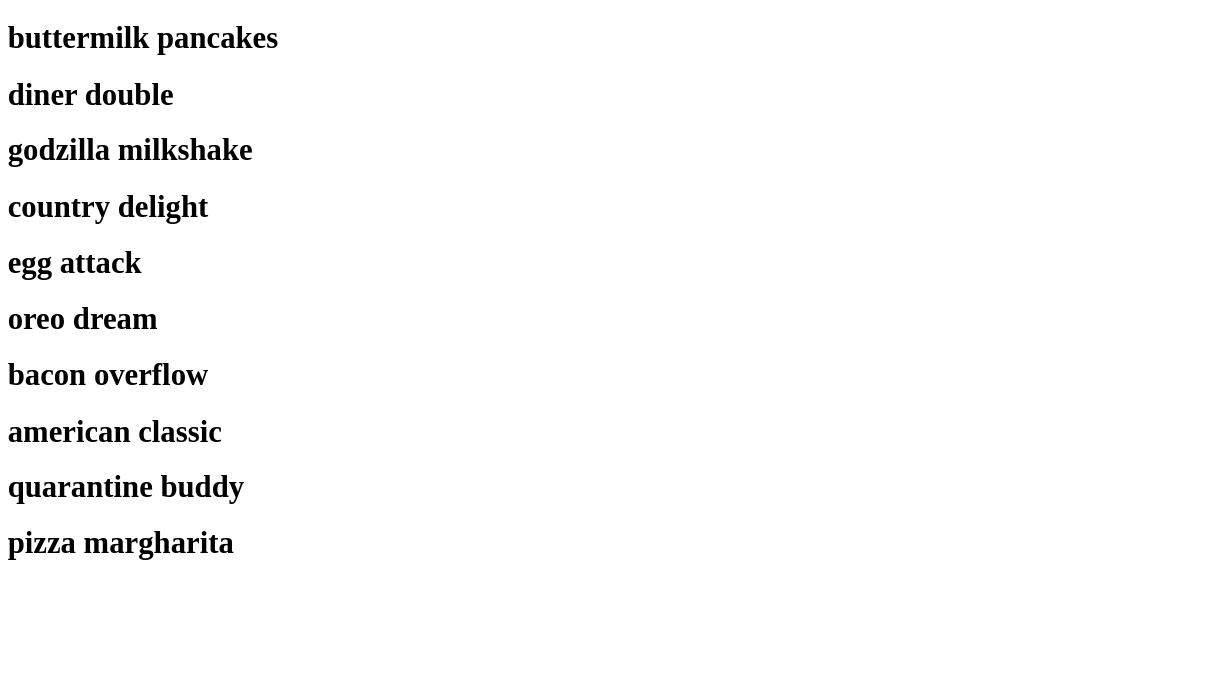
Repository: gligor99/menu-ts-react
Page: /
The author's editor kept a copy of each file at every save. The page is drawn from the files as they stood at one save, then again after a run of saves.
The browser window is 1280 px wide. The pictures show the whole page, at 96% of full size.
The project was rebuilt for these pictures with package versions that can differ from the ones it lists, and the page was loaded fresh each time.

Above is the page before, as saved 2021-11-24 22:43:29.

### src/App.tsx
import { useState } from "react";
import Menu from "./components/Menu";
import items from "./data";

export type ItemsProps = {
  id: number;
  title: string;
  category: string;
  price: number;
  img: string;
  desc: string;
};

function App() {
  const [menuItems, setMenuItems] = useState<ItemsProps[]>(items);

  return (
    <div className="App">
      <Menu items={menuItems} />
    </div>
  );
}

export default App;

### src/components/Menu.tsx
import { ItemsProps } from "../App"

type Props = {
    items: ItemsProps[];
}

const Menu: React.FC<Props> = ({items}) => {
    console.log(items);

    return (
        <div>
            {items.map((item) => {
              return  <h1>{item.title}</h1>
            })}
        </div>
    )
}

export default Menu

### src/data.ts
const menu = [
    {
      id: 1,
      title: 'buttermilk pancakes',
      category: 'breakfast',
      price: 15.99,
      img: './images/item-1.jpeg',
      desc: `I'm baby woke mlkshk wolf bitters live-edge blue bottle, hammock freegan copper mug whatever cold-pressed `,
    },
    {
      id: 2,
      title: 'diner double',
      category: 'lunch',
      price: 13.99,
      img: './images/item-2.jpeg',
      desc: `vaporware iPhone mumblecore selvage raw denim slow-carb leggings gochujang helvetica man braid jianbing. Marfa thundercats `,
    },
    {
      id: 3,
      title: 'godzilla milkshake',
      category: 'shakes',
      price: 6.99,
      img: './images/item-3.jpeg',
      desc: `ombucha chillwave fanny pack 3 wolf moon street art photo booth before they sold out organic viral.`,
    },
    {
      id: 4,
      title: 'country delight',
      category: 'breakfast',
      price: 20.99,
      img: './images/item-4.jpeg',
      desc: `Shabby chic keffiyeh neutra snackwave pork belly shoreditch. Prism austin mlkshk truffaut, `,
    },
    {
      id: 5,
      title: 'egg attack',
      category: 'lunch',
      price: 22.99,
      img: './images/item-5.jpeg',
      desc: `franzen vegan pabst bicycle rights kickstarter pinterest meditation farm-to-table 90's pop-up `,
    },
    {
      id: 6,
      title: 'oreo dream',
      category: 'shakes',
      price: 18.99,
      img: './images/item-6.jpeg',
      desc: `Portland chicharrones ethical edison bulb, palo santo craft beer chia heirloom iPhone everyday`,
    },
    {
      id: 7,
      title: 'bacon overflow',
      category: 'breakfast',
      price: 8.99,
      img: './images/item-7.jpeg',
      desc: `carry jianbing normcore freegan. Viral single-origin coffee live-edge, pork belly cloud bread iceland put a bird `,
    },
    {
      id: 8,
      title: 'american classic',
      category: 'lunch',
      price: 12.99,
      img: './images/item-8.jpeg',
      desc: `on it tumblr kickstarter thundercats migas everyday carry squid palo santo leggings. Food truck truffaut  `,
    },
    {
      id: 9,
      title: 'quarantine buddy',
      category: 'shakes',
      price: 16.99,
      img: './images/item-9.jpeg',
      desc: `skateboard fam synth authentic semiotics. Live-edge lyft af, edison bulb yuccie crucifix microdosing.`,
    },
    {
      id: 10,
      title: 'pizza margharita',
      category: 'dinner',
      price: 16.99,
      img: './images/item-9.jpeg',
      desc: `skateboard fam synth authentic semiotics. Live-edge lyft af, edison bulb yuccie crucifix microdosing.`,
    },


  ];
  export default menu;

Loaded but not shown: public/index.html (common file); src/index.tsx (common file)

After the next 2 saves:
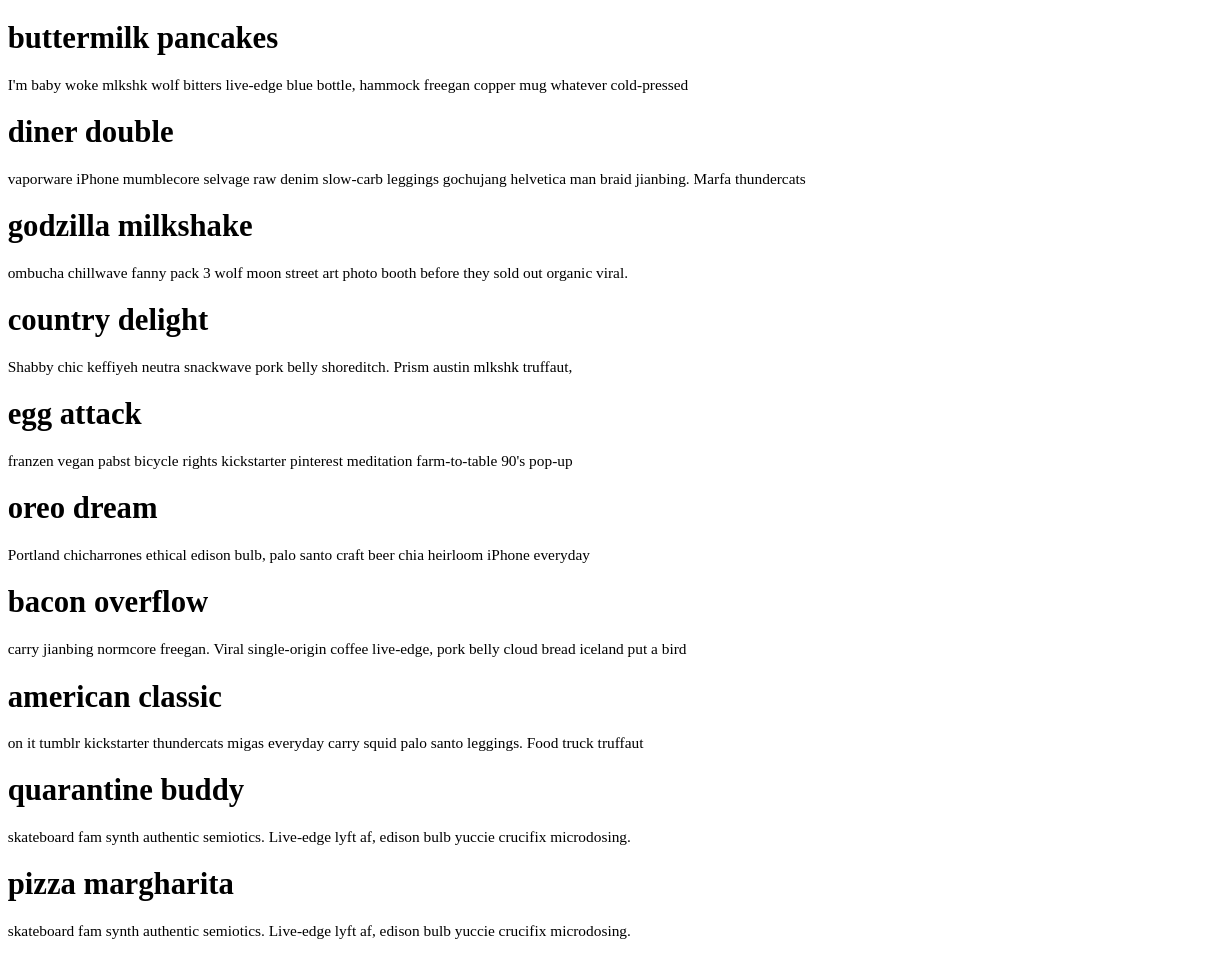
The 2 saves are shown as one change because 1 did not build or start.
The last was saved 2 min 9 s later.
--- a/src/components/Menu.tsx
+++ b/src/components/Menu.tsx
@@ -1,19 +1,24 @@
-import { ItemsProps } from "../App"
+import { ItemsProps } from "../App";
 
 type Props = {
-    items: ItemsProps[];
-}
+  items: ItemsProps[];
+};
 
-const Menu: React.FC<Props> = ({items}) => {
-    console.log(items);
+const Menu: React.FC<Props> = ({ items }) => {
+  console.log(items);
 
-    return (
-        <div>
-            {items.map((item) => {
-              return  <h1>{item.title}</h1>
-            })}
-        </div>
-    )
-}
+  return (
+    <div>
+      {items.map((item) => {
+        return (
+          <div>
+            <h1>{item.title}</h1>
+            <p>{item.desc}</p>
+          </div>
+        );
+      })}
+    </div>
+  );
+};
 
-export default Menu
+export default Menu;
